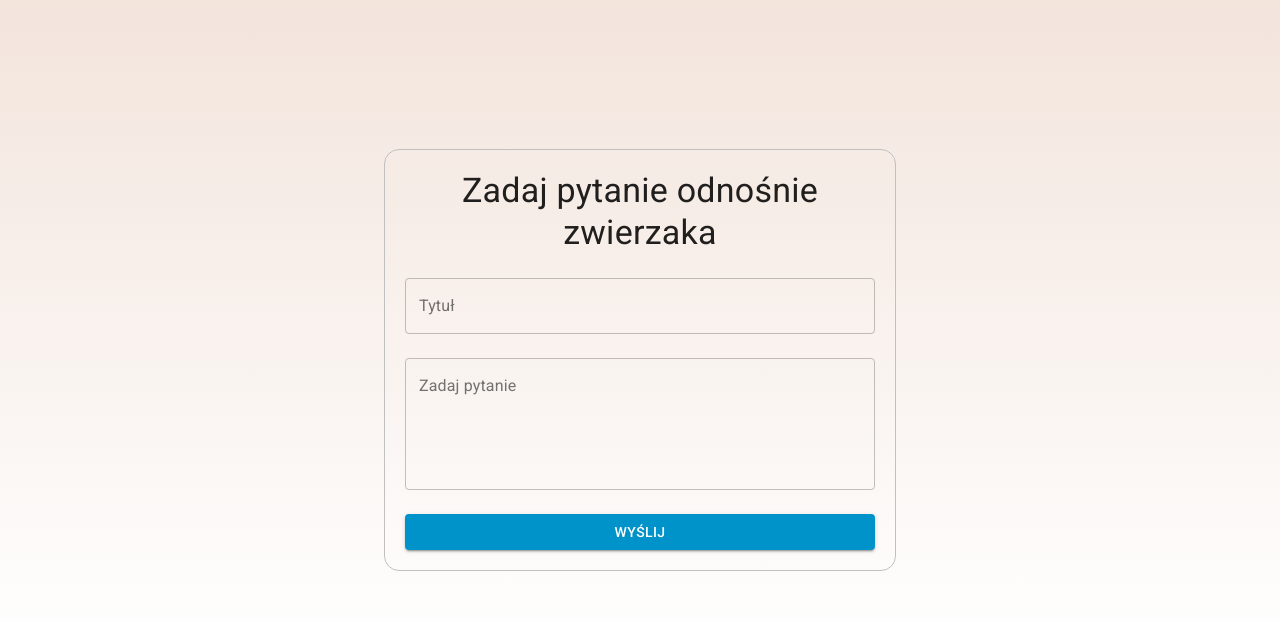
Repository: piotr-bocian/Projekt-5
Page: /
These files come from the project's save history. The page is drawn as it stood at one moment and after the next save; the edit follows.
The browser window is 1280 px wide. The pictures show the whole page.
The project was rebuilt for these pictures with package versions that can differ from the ones it lists, and the page was loaded fresh each time.

Above is the page before, as saved 2021-03-22 18:19:06.

### public/index.html
<!DOCTYPE html>
<html lang="en">

<head>
  <meta charset="utf-8" />
  <meta name="viewport" content="width=device-width, initial-scale=1" />
  <meta name="theme-color" content="#000000" />
  <meta name="description" content="Coders-Camp2020 Projekt Full-Stack Schronisko dla zwierząt" />
  <link rel="apple-touch-icon" href="%PUBLIC_URL%/logo192.png" />

  <link rel="manifest" href="%PUBLIC_URL%/manifest.json" />
  <link rel="stylesheet" href="https://fonts.googleapis.com/css?family=Roboto:300,400,500,700&display=swap" />
  <link href="https://fonts.googleapis.com/css2?family=Amatic+SC&display=swap" rel="stylesheet">
  <title>Schronisko dla zwierząt</title>
</head>

<body>
  <noscript>You need to enable JavaScript to run this app.</noscript>
  <div id="root"></div>
</body>

</html>

### src/index.js
import React from 'react';
import ReactDOM from 'react-dom';
import App from '../src/view/App';
import reportWebVitals from './reportWebVitals';
import './styles/main.css';

ReactDOM.render(
  <React.StrictMode>
    <App />
  </React.StrictMode>,
  document.getElementById('root')
);

reportWebVitals();

### src/view/App.js
import React from 'react';
import styled from 'styled-components';
import AdotpionForm from '../components/Organisms/AdotpionForm/AdotpionForm';
import { ThemeProvider, createMuiTheme } from '@material-ui/core';

const Wrapper = styled.div`
  display: flex;
  flex-direction: column;
  justify-content: center;
  align-items: center;
  width: 100%;
  height: 100vh;
`;

const theme = createMuiTheme({
  palette:{
    primary:{
      light: '#0292c9',
      main: '#0093CA',
      dark: '#0274A2'
    }
  }
});


function App() {
  return (
    <ThemeProvider theme={theme}>
      <Wrapper>
        <AdotpionForm />
      </Wrapper>
    </ThemeProvider>
  );
}

export default App;

### src/styles/main.css
*{
   box-sizing: border-box;
   padding: 0;
   margin: 0;
}

body {
   background-image: linear-gradient(180deg,#e8cebf 0%,rgba(232, 206, 191, 0.55) 0.01%,#ffffff 90.62%);
   background-repeat: no-repeat;
}

### src/components/Organisms/AdotpionForm/AdotpionForm.js
import React, { useState } from 'react';
import { Typography, TextField, Button } from '@material-ui/core';
import { Grid } from '@material-ui/core';

import './AdotpionForm.css';

const AdotpionForm = () => {
    const [title, setTitle] = useState('');
    const [question, setQuestion] = useState('');


    const sendForm = (e) => {
        e.preventDefault();
        console.log(title);
        console.log(question);

    }

    return (
        <form className="form" onSubmit={sendForm}>
            <Grid container spacing={3}>
                <Grid item xs={12} sm={12} md={12}>
                    <Typography
                        variant="h4"
                        align="center"
                        color="textPrimary"
                    >
                        Zadaj pytanie odnośnie zwierzaka
                    </Typography>
                </Grid>
                <Grid item xs={12} sm={12} md={12}>
                    <TextField
                        variant="outlined"
                        label="Tytuł" value={title}
                        onChange={(e) => setTitle(e.target.value)}
                        fullWidth
                    />
                </Grid>
                <Grid item xs={12}>
                    <TextField
                        variant="outlined"
                        label="Zadaj pytanie"
                        multiline
                        rows={5}
                        value={question} onChange={(e) => setQuestion(e.target.value)}
                        fullWidth
                    />
                </Grid>
                <Grid item xs={12}>
                    <Button
                        color="primary"
                        variant="contained"
                        type="submit"
                        fullWidth
                    >
                        Wyślij
                    </Button>
                </Grid>
            </Grid>
        </form>
    )
}

export default AdotpionForm;

### src/components/Organisms/AdotpionForm/AdotpionForm.css
.form{
    width: 40vw;
    border-radius: 15px;
    border:1px solid silver;
    padding: 20px;
}

@media (max-width: 768px){
    .form{
        width: 70vw;
    }
}

Loaded but not shown: src/reportWebVitals.js (common file)

After the next save:
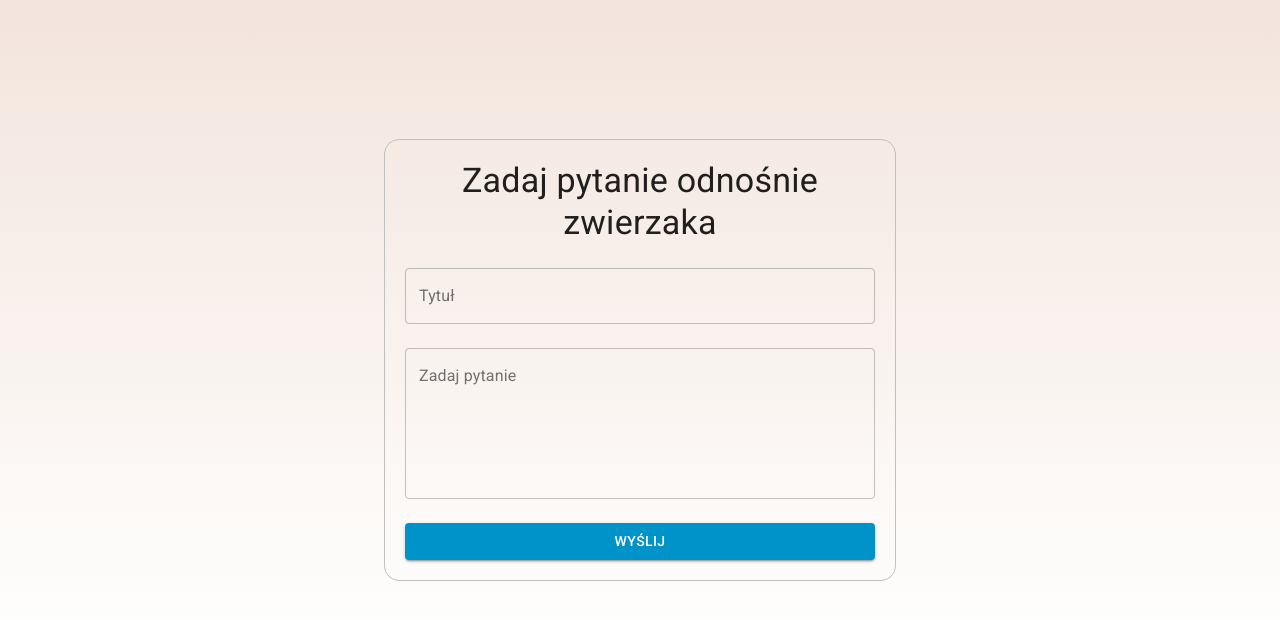
Saved 7 s later.
--- a/src/components/Organisms/AdotpionForm/AdotpionForm.js
+++ b/src/components/Organisms/AdotpionForm/AdotpionForm.js
@@ -41,7 +41,7 @@ const AdotpionForm = () => {
                         variant="outlined"
                         label="Zadaj pytanie"
                         multiline
-                        rows={5}
+                        rows={6}
                         value={question} onChange={(e) => setQuestion(e.target.value)}
                         fullWidth
                     />
